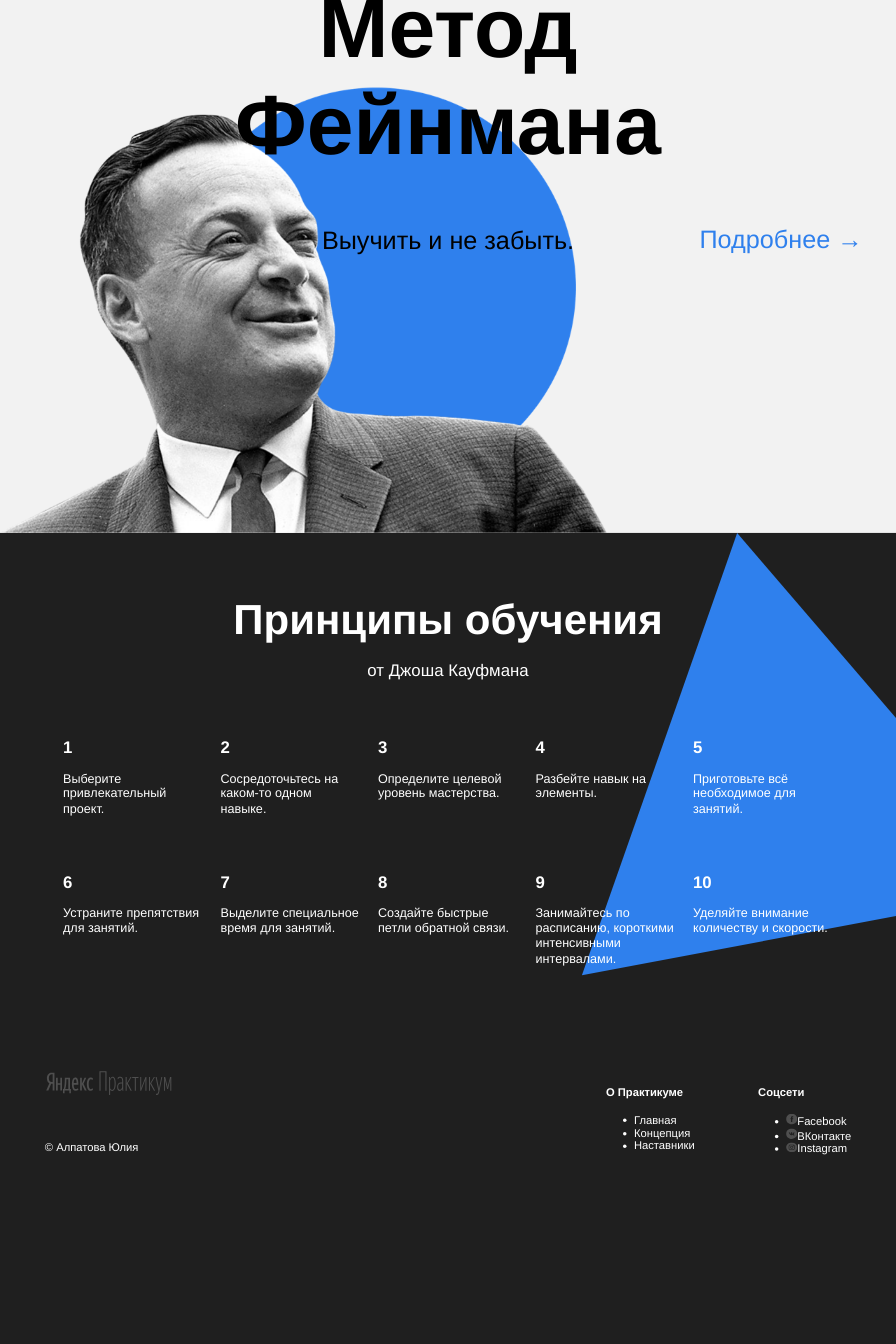
Repository: BlackMothy/how-to-learn
Page: index.html
The author's editor kept a copy of each file at every save. The page is drawn from the files as they stood at one save, then again after a run of saves.
The browser window is 1280 px wide. The pictures show the part of the page from y = 2100 to 4020 px (the page is 4020 px tall), at 70% of full size.

Above is the page before, as saved 2021-11-06 00:33:23.

### index.html
<!DOCTYPE html>
<html lang="ru">

<head>
  <meta charset="UTF-8">
  <meta name="viewport" content="width=device-width, initial-scale=1.0">
  <link rel="stylesheet" type="text/css" href="styles/normalize.css">
  <link rel="stylesheet" type="text/css" href="styles/style.css">
  <title>Научиться учиться</title>
</head>

<body>
  <div class="page">
    <header class="header">

      <img class="logo logo_place_header" src="images/logo_place_header.svg" alt="Лого" title="Лого">


      <h1 class="header__title">
        Научиться учиться
      </h1>

      <div class="header__subtitle">
        Какие современные и эффективные подходы к обучению вы можете использовать в своей жизни? <a class="header__link"
          href="#">Узнать &#8594;</a>
      </div>

      <img class="header__main-illustration" src="images\header-image.png" alt="Картинка главная">

      <div class="header__square-pic"></div>

    </header>
    <main class="content">
      <section class="description">
        <div class="two-columns">
          <h2 class="two-columns__brief">Главные проблемы в обучении</h2>

          <div class="two-columns__main-text">
            <div class="two-columns__paragraph">
              Ни в школе, ни в институте нас не учат тому, как правильно изучать материал. Мы готовимся к экзаменам и
              учим билеты. Мы тренируемся решать однообразные задачи, чтобы лучше сдать тест, но часто в итоге это не
              дает нам реального знания. Зубрежка быстро выветривается и не приносит пользы.
            </div>

            <div class="two-columns__paragraph">
              <span class="two-columns__span-accent">Вывод:</span> учиться тоже нужно уметь, но почему-то этому мало где
              учат. Что с этим делать?
            </div>

            <div class="two-columns__paragraph paragraph_position_last">
              Конкретные техники и упражнения помогают изменить подход к обучению, сделать его эффективным и
              захватывающим. Эти же техники применяются на примере обучения в Практикуме.
            </div>
          </div>
        </div>
      </section>

      <section class="digits">
        <h2 class="section-title">Цифры и факты</h2>

        <h3 class="section-subtitle">Про учёбу и мозг</h3>

        <ul class="table">
          <!-- Первая строка -->
          <li class="table__cell">
            <h4 class="table__heading">86 миллиардов</h4>
            <p class="table__text">
              Число нейронов в мозге человека
            </p>
          </li>

          <li class="table__cell">
            <h4 class="table__heading">2.1 миллиарда</h4>
            <p class="table__text">
              Число нуждающихся в повышении квалификации
            </p>
            <p class="table__text">
              Всемирный Банк, 2017
            </p>
          </li>

          <li class="table__cell">
            <h4 class="table__heading">1000 терабайт</h4>
            <p class="table__text">
              Объём памяти человека
            </p>
          </li>

          <li class="table__cell">
            <h4 class="table__heading">500 триллионов</h4>
            <p class="table__text">
              Число ответственных за обучение нервных синапсов у взрослого человека
            </p>
          </li>
          <!--  -->

          <!-- вторая строка -->
          <li class="table__cell">
            <h4 class="table__heading">420 миллионов</h4>
            <p class="table__text">
              Число взрослых людей моложе 25 лет, не имеющих образования для трудоустройства
            </p>
            <p class="table__text">
              Всемирный Банк, 2017
            </p>
          </li>

          <li class="table__cell">
            <h4 class="table__heading">17–20 лет</h4>
            <p class="table__text">
              Пик обучаемости
            </p>
          </li>

          <li class="table__cell">
            <h4 class="table__heading">1885 год</h4>
            <p class="table__text">
              Открытие кривой забывания
            </p>
          </li>

          <li class="table__cell">
            <h4 class="table__heading">1889 год</h4>
            <p class="table__text">
              Открытие условного рефлекса
            </p>
          </li>
          <!--  -->
        </ul>
      </section>

      <section class="feynman">
        <h2 class="feynman__title">Метод Фейнмана</h2>

        <h3 class="feynman__subtitle">Выучить и не забыть.</h3>

        <a class="feynman__link" href="#">Подробнее &#8594;</a>

        <img class="feynman__img" src="images/feynman.png" alt="Фейнман" title="Фейнман">
      </section>

      <section class="kaufman">
        <h2 class="section-title section-title__theme_dark">Принципы обучения</h2>

        <h3 class="section-subtitle section-subtitle__theme_dark">от Джоша Кауфмана</h3>

        <ul class="table table_theme_dark">
          <!-- Первая строка -->
          <li class="table__cell table__cell_theme_dark">
            <h4 class="table__heading table__heading_theme_dark">1</h4>
            <p class="table__text table__text_theme_dark">
              Выберите привлекательный проект.
            </p>
          </li>

          <li class="table__cell table__cell_theme_dark">
            <h4 class="table__heading table__heading_theme_dark">2</h4>
            <p class="table__text table__text_theme_dark">
              Сосредоточьтесь на каком-то одном навыке.
            </p>
          </li>

          <li class="table__cell table__cell_theme_dark">
            <h4 class="table__heading table__heading_theme_dark">3</h4>
            <p class="table__text table__text_theme_dark">
              Определите целевой уровень мастерства.
            </p>
          </li>

          <li class="table__cell table__cell_theme_dark">
            <h4 class="table__heading table__heading_theme_dark">4</h4>
            <p class="table__text table__text_theme_dark">
              Разбейте навык на элементы.
            </p>
          </li>

          <li class="table__cell table__cell_theme_dark">
            <h4 class="table__heading table__heading_theme_dark">5</h4>
            <p class="table__text table__text_theme_dark">
              Приготовьте всё необходимое для занятий.
            </p>
          </li>
          <!--  -->

          <!-- вторая строка -->
          <li class="table__cell table__cell_theme_dark">
            <h4 class="table__heading table__heading_theme_dark">6</h4>
            <p class="table__text table__text_theme_dark">
              Устраните препятствия для занятий.
            </p>
          </li>

          <li class="table__cell table__cell_theme_dark">
            <h4 class="table__heading table__heading_theme_dark">7</h4>
            <p class="table__text table__text_theme_dark">
              Выделите специальное время для занятий.
            </p>
          </li>

          <li class="table__cell table__cell_theme_dark">
            <h4 class="table__heading table__heading_theme_dark">8</h4>
            <p class="table__text table__text_theme_dark">
              Создайте быстрые петли обратной связи.
            </p>
          </li>

          <li class="table__cell table__cell_theme_dark">
            <h4 class="table__heading table__heading_theme_dark">9</h4>
            <p class="table__text table__text_theme_dark">
              Занимайтесь по расписанию, короткими интенсивными интервалами.
            </p>
          </li>

          <li class="table__cell table__cell_theme_dark">
            <h4 class="table__heading table__heading_theme_dark">10</h4>
            <p class="table__text table__text_theme_dark">
              Уделяйте внимание количеству и скорости.
            </p>
          </li>
          <!--  -->
        </ul>

        <img class="kaufman__triangle" src="images/kaufman-triangle.svg" alt="Треугольник" title="Треугольник">

      </section>
    </main>

    <footer class="footer">
      <div class="footer__columns">
        <div class="footer__column footer__column_content_copyright">
          <img class="logo logo_place_footer" src="images/logo_place_footer.svg" alt="Лого" title="Лого">

          <p class="footer__author">&copy; Алпатова Юлия</p>

        </div>

        <nav class="footer__column footer__column_content_info">
          <h4 class="footer__column-heading">О Практикуме</h4>

          <ul>
            <li><a class="footer__column-links" href="#">Главная</a></li>
            <li><a class="footer__column-links" href="#">Концепция</a></li>
            <li><a class="footer__column-links" href="#">Наставники</a></li>
          </ul>
        </nav>

        <nav class="footer__column footer__column_content_social">
          <h4 class="footer__column-heading">Соцсети</h4>

          <ul>
            <li><a class="footer__column-links" href="#"><img class="footer__social-icon" src="images/facebook_color_white.svg" alt="Иконка Facebook" title="Facebook">Facebook</a></li>

            <li><a class="footer__column-links" href="#"><img class="footer__social-icon" src="images/vk_color_white.svg" alt="Иконка ВКонтакте" title="ВКонтакте">ВКонтакте</a></li>

            <li><a class="footer__column-links" href="#"><img class="footer__social-icon" src="images/instagram_color_white.svg" alt="Иконка Instagram" title="Instagram">Instagram</a></li>
          </ul>
        </nav>
      </div>

    </footer>

  </div>
</body>

</html>

### styles/style.css
.page {
  min-width: 1100px;
  /* мы ещё не умеем делать мобильную версию сайта, */
  /* поэтому выше установлена минимальная ширина страницы */
  max-width: 1600px;
  /* выше установили ограничение по максимальной ширине */
  margin: 0 auto;
  /* выше для экранов больше 1600px отцентрировали весь контент */
  font-family: 'Helvetica Neue', Arial, sans-serif;

}

/* Стили хедера */
.header {
  height: 100vh;
  min-height: 600px;
  max-height: 756px;
  background-color: #f2f2f2;
  margin: 0;
  padding: 0;
  padding-left: 64px;
  display: flex;
  flex-direction: column;
  justify-content: center;
  position: relative;
  overflow: hidden;
}

.logo {
  width: 183px;
  height: 32px;
}

.logo_place_header {
  position: absolute;
  top: 30px;
  z-index: 2;
}

.header__title {
  width: 730px;
  z-index: 2;
  line-height: 96px;
  font-size: 102px;
  font-weight: 600;
  margin: 0;
}

.header__subtitle {
  width: 388px;
  position: absolute;
  bottom: 30px;
  z-index: 2;
  line-height: 25px;
  font-size: 18px;
  font-weight: 400;
}

.header__link, .feynman__link {
  color: #2f80ed;
  text-decoration: none;
}

.header__main-illustration {
  width: 765px;
  height: 608px;
  position: absolute;
  right: 0;
  bottom: 0;
  z-index: 1;
}

.header__square-pic {
  height: 568px;
  width: 568px;
  background-color: #2f80ed;
  position: absolute;
  right: 0;
  top: 64px;

}
/* Стили хедера */

/* Стили двух колонок */
.two-columns {
  margin: 100px auto;
  width: 80%;
  display: flex;
  flex-direction: row;
  justify-content: space-between;
}

.two-columns__brief {
  width: 175px;
  margin: 0;
  line-height: 1.2;
  font-size: 18px;
  font-weight: 400;
  color: #2f80ed;
}

.two-columns__main-text {
  width: 80%;
  min-width: 784px;
}

.two-columns__paragraph {
  margin: 0 0 30px;
  line-height: 34px;
  font-size: 24px;
  font-weight: 400;
}

.two-columns__span-accent {
  line-height: 34px;
  font-size: 24px;
  font-weight: 600;
}

.paragraph_position_last {
  margin: 0;
}
/* Стили двух колонок */

/* Стили секции */

.digits {
  padding-bottom: 100px;
}

.section-title {
  width: 60%;
  text-align: center;
  line-height: 1.15;
  font-size: 60px;
  font-weight: 600;
  margin: 0 auto;
}

.section-subtitle {
  width: 60%;
  text-align: center;
  margin: 20px auto 0;
  line-height: 34px;
  font-size: 24px;
  font-weight: 400;
}

.table {
  display: flex;
  flex-wrap: wrap;
  width: 1100px;
  justify-content: space-between;
  padding: 0;
  margin: 0 auto;
}

.table__cell {
  margin: 60px 0 0;
  width: 250px;
  list-style: none;
}

.table__heading {
  margin: 0;
  line-height: 1.15;
  font-size: 24px;
  font-weight: 600;
}

.table__text {
  margin: 20px 0 0;
  line-height: 1.2;
  font-size: 18px;
  font-weight: 400;
}
/* Стили секции */

/* Стили Фейнмана */
.feynman {
  background-color: #f2f2f2;
  display: flex;
  position: relative;
  flex-direction: column;
  justify-content: flex-start;
  align-items: center;
  height: 890px;
}

.feynman__title {
  width: 648px;
  z-index: 1;
  line-height: 1.15;
  font-size: 120px;
  font-weight: 600;
  text-align: center;
  margin: 100px 0 70px;
}

.feynman__subtitle {
  z-index: 1;
  line-height: 51px;
  font-size: 36px;
  font-weight: 400;
  margin: 0;
}

.feynman__link {
  position: absolute;
  top: 50%;
  right: 48px;
  z-index: 1;
  line-height: 51px;
  font-size: 36px;
  font-weight: 400;
}

.feynman__img {
  position: absolute;
  left: 0;
  bottom: 0;
  width: 867px;
  height: 637px;

}
/* Стили Фейнмана */

/* Стили Кауфмана */
.kaufman {
  background-color: #1f1f1f;
  color: white;
  padding: 90px 0;
  position: relative;
  overflow: hidden;
  z-index: -2;
}

.table__cell_theme_dark {
  width: 200px;
  margin-right: 0;
  margin-top: 80px;
}

.kaufman__triangle {
  width: 877px;
  height: 887px;
  position: absolute;
  right: -210px;
  top: 0;
  z-index: -1;
}
/* Стили Кауфмана */

/* Стили футера */
.footer {
  min-height: 350px;
  color: white;
  background-color: #1f1f1f;
  padding: 60px 0 40px;
}

.footer__columns {
  margin: 0 auto;
  width: 90%;
  display: flex;
  flex-direction: row;
  justify-content: space-between;
  align-items: stretch;
}

.footer__column {

}

.footer__column_content_copyright {
  display: flex;
  flex-direction: column;
  justify-content: space-between;
  flex-basis: 711px;
}

.logo_place_footer {
  height: 35px;
}

.footer__author {
  margin: 18px 0;
}

.footer__column-links {
  color: white;
  text-decoration: none;
  padding: 0;
}




/* Стили футера */

Loaded but not shown: styles/normalize.css (library)

After the next 5 saves:
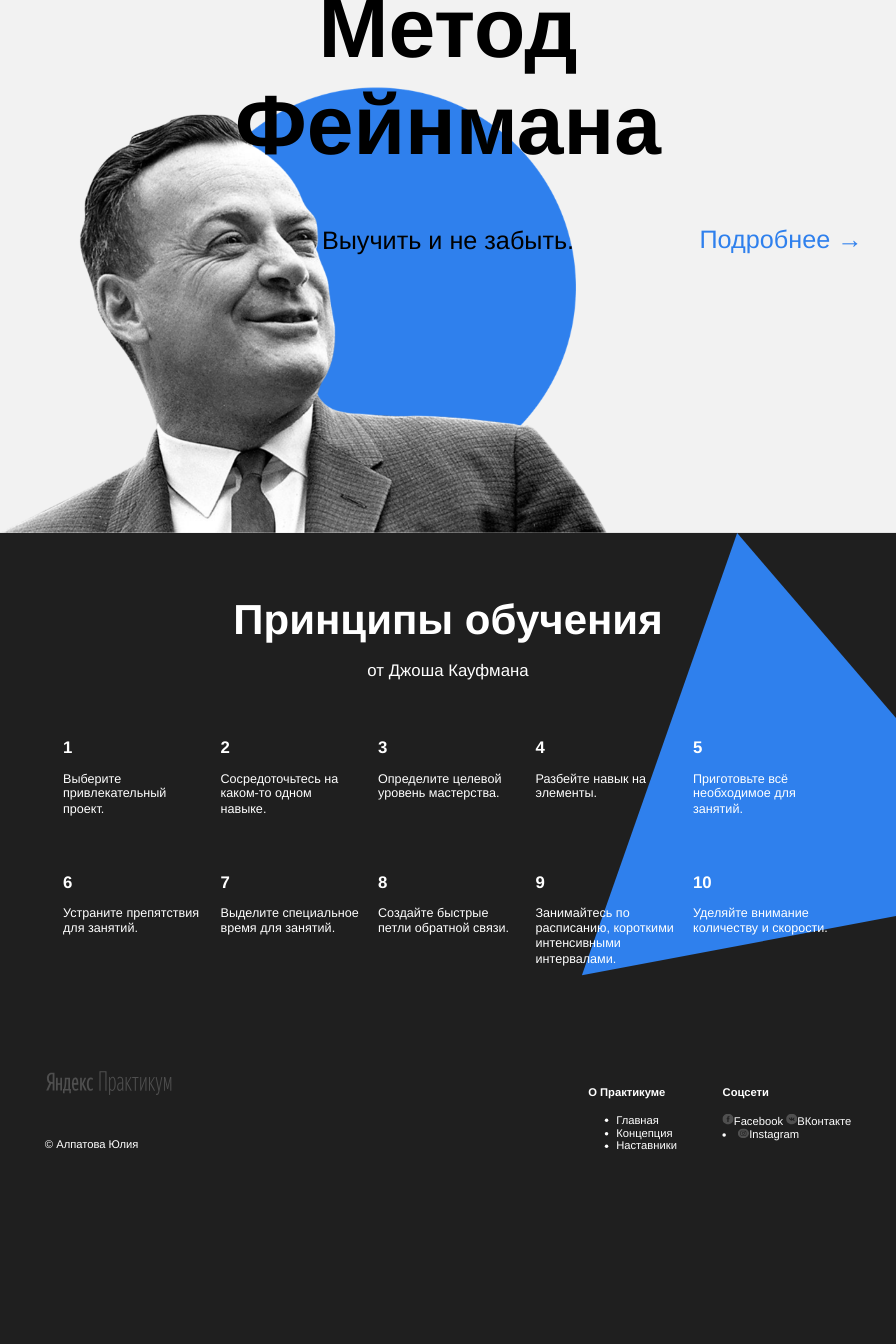
The 5 saves are shown as one change because they came seconds apart.
The last was saved 43 s later.
--- a/index.html
+++ b/index.html
@@ -247,12 +247,11 @@
         <nav class="footer__column footer__column_content_social">
           <h4 class="footer__column-heading">Соцсети</h4>
 
-          <ul>
-            <li><a class="footer__column-links" href="#"><img class="footer__social-icon" src="images/facebook_color_white.svg" alt="Иконка Facebook" title="Facebook">Facebook</a></li>
-
-            <li><a class="footer__column-links" href="#"><img class="footer__social-icon" src="images/vk_color_white.svg" alt="Иконка ВКонтакте" title="ВКонтакте">ВКонтакте</a></li>
-
-            <li><a class="footer__column-links" href="#"><img class="footer__social-icon" src="images/instagram_color_white.svg" alt="Иконка Instagram" title="Instagram">Instagram</a></li>
+          <a class="footer__column-links" href="#"><img class="footer__social-icon" src="images/facebook_color_white.svg" alt="Иконка Facebook" title="Facebook">Facebook</a>
+
+            <a class="footer__column-links" href="#"><img class="footer__social-icon" src="images/vk_color_white.svg" alt="Иконка ВКонтакте" title="ВКонтакте">ВКонтакте</a>
+
+            <li><a class="footer__column-links" href="#"><img class="footer__social-icon" src="images/instagram_color_white.svg" alt="Иконка Instagram" title="Instagram">Instagram</a>
           </ul>
         </nav>
       </div>
